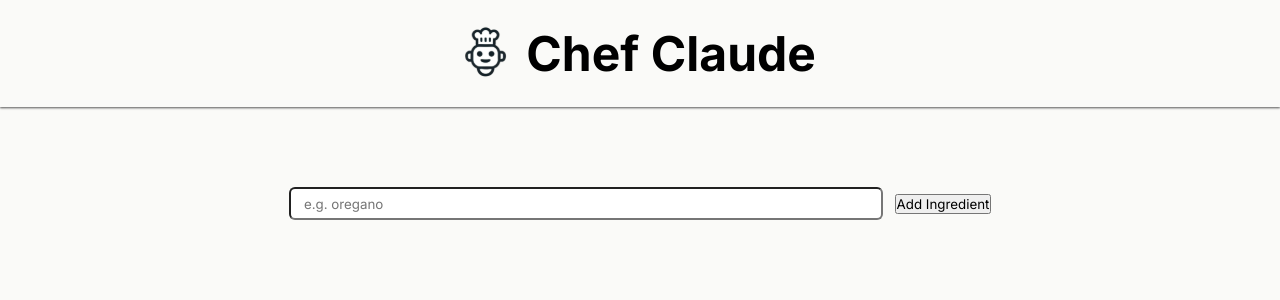
Repository: AchrafAzzaoui/Chef_Claude--React_Course_Scrimba_Project
Page: / (app in project/)
The author's editor kept a copy of each file at every save. The page is drawn from the files as they stood at one save, then again after the next save.
The browser window is 1280 px wide. The pictures show the whole page.
The project was rebuilt for these pictures with package versions that can differ from the ones it lists, and the page was loaded fresh each time. Also part of the build but not shown: project/vite.config.js.

Above is the page before, as saved 2024-11-30 17:54:49.

### project/index.html
<!DOCTYPE html>
<html lang="en">
  <head>
    <meta charset="UTF-8" />
    <link rel="icon" type="image/svg+xml" href="/vite.svg" />
    <meta name="viewport" content="width=device-width, initial-scale=1.0" />
    <link rel="preconnect" href="https://fonts.googleapis.com" />
    <link rel="preconnect" href="https://fonts.gstatic.com" crossorigin />
    <link
      href="https://fonts.googleapis.com/css2?family=Inter:ital,opsz,wght@0,14..32,100..900;1,14..32,100..900&display=swap"
      rel="stylesheet"
    />
    <link rel="stylesheet" href="/index.css" />
    <title>Chef Claude</title>
  </head>
  <body>
    <div id="root"></div>
    <script type="module" src="/src/index.jsx"></script>
  </body>
</html>

### project/index.css
* {
  margin: 0;
  padding: 0;
  box-sizing: border-box;
  font-family: "Inter";
}
body {
  background-color: #fafaf8;
}
.header {
  display: flex;
  justify-content: center;
  align-items: center;
  padding: 1.5em 0;
  box-shadow: 0px 1px 3px 0px rgba(0, 0, 0, 0.1),
    0px 1px 2px 0px rgba(0, 0, 0, 0.6);
}
.header .logo {
  margin-right: 1.2em;
}
.header .logo img {
  max-width: 45px;
}
.header .title {
  font-weight: 300;
  font-size: 32px;
}

.inner-container {
  max-width: 45em; /* Same calculation */
  width: calc(45em * 0.825); /* Ratio applied */
  margin: 0 auto;
  padding: 1.5em; /* Maintain consistent padding */
}
/* Form styling for add ingredient form */

.add-ingredient-form {
  padding: 4em 0;
}

.add-ingredient-form .form-group {
  padding: 1em;
  display: flex;
  justify-content: center;
  align-items: center;
  gap: 12px;
}

.add-ingredient-form .form-group input {
  padding: 0.5em 1em;
  width: 37.125rem;
  border-radius: 6px;
}

### project/src/App.jsx
import Header from "./components/Header";
import Main from "./components/Main";

export default function App() {
  return (
    <>
      <Header />
      <Main />
    </>
  );
}

### project/src/components/Header.jsx
import chefClaudeIcon from "../assets/chef_claude_icon.svg";

export default function Header() {
  return (
    <header className="header">
      <div className="logo">
        <img src={chefClaudeIcon} alt="Chef Claude Icon" />
      </div>
      <div className="title">
        <h2>Chef Claude</h2>
      </div>
    </header>
  );
}

### project/src/components/Main.jsx
import Form from "./Form";

export default function Main() {
  return (
    <main className="main">
      <Form />
    </main>
  );
}

### project/src/components/Form.jsx
export default function Form() {
  return (
    <form className="add-ingredient-form">
      <div className="form-group">
        <input type="text" placeholder="e.g. oregano" />
        <button type="submit">Add Ingredient</button>
      </div>
    </form>
  );
}

Loaded but not shown: project/src/index.jsx (common file)

After the next save:
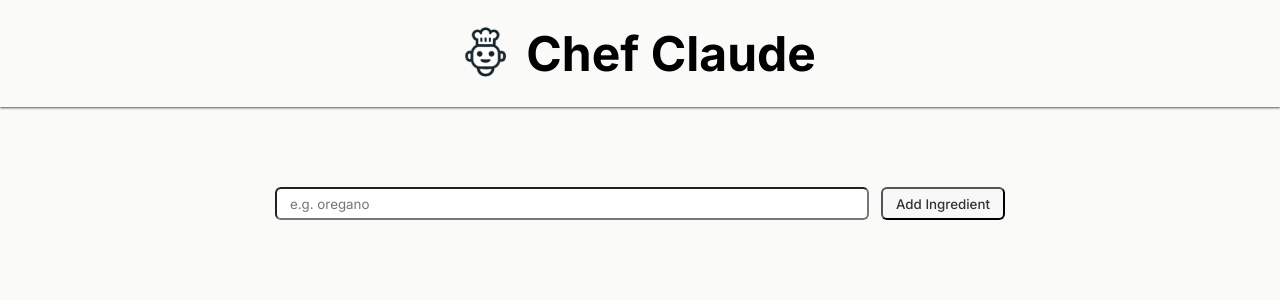
Saved 17 s later.
--- a/project/index.css
+++ b/project/index.css
@@ -51,3 +51,12 @@
   width: 37.125rem;
   border-radius: 6px;
 }
+
+.add-ingredient-form .form-group button {
+  padding: 0.5em 1em;
+  border-radius: 6px;
+  background-color: #f8f8f8;
+  color: #333;
+  font-weight: 500;
+  cursor: pointer;
+}
